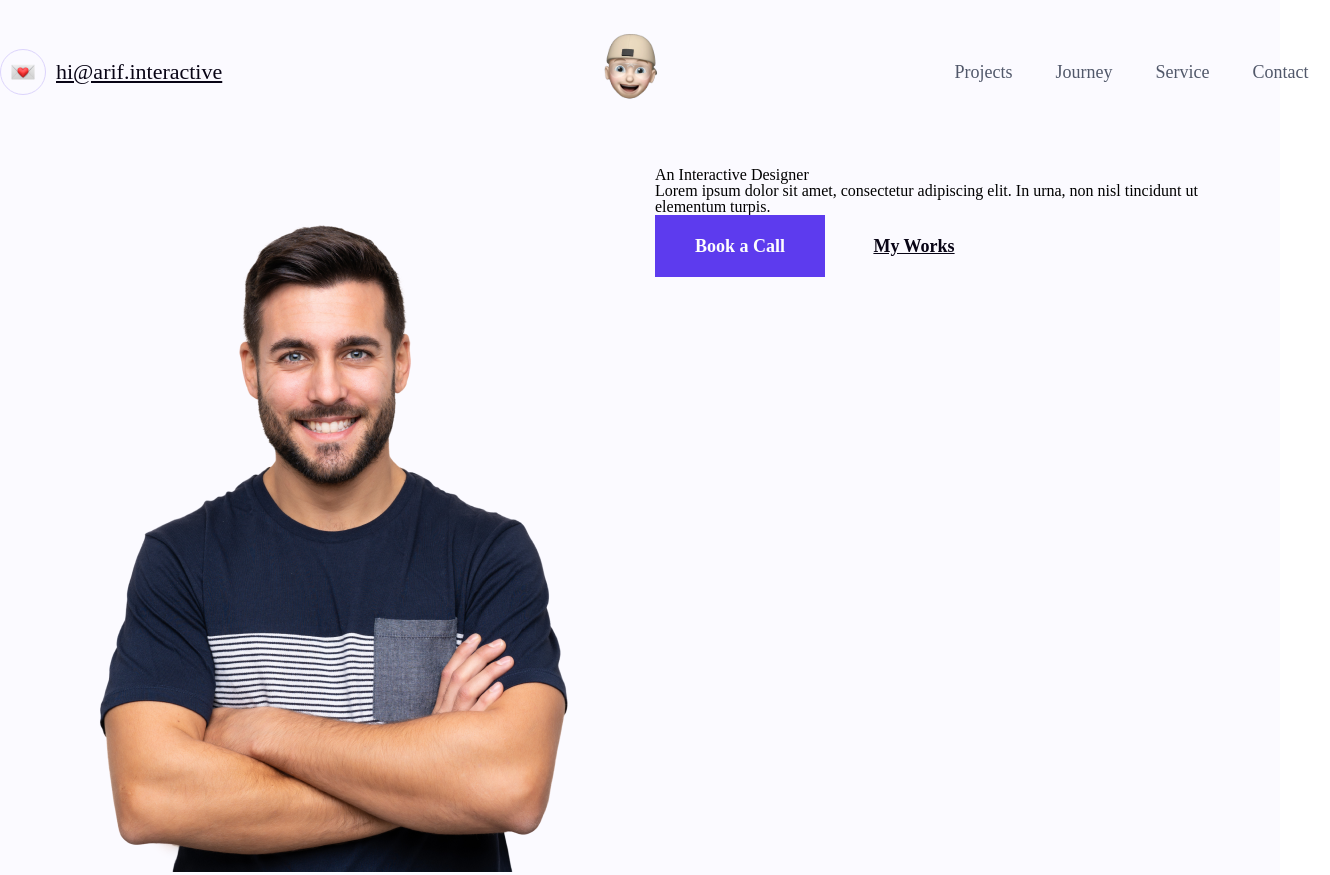
Repository: trantangtuan/project-06-grid-system12column-demo
Page: index.html
The author's editor kept a copy of each file at every save. The page is drawn from the files as they stood at one save, then again after the next save.
The browser window is 1280 px wide. The page is 1330 px wide, so the pictures cover 1330 px, including what lies to the right of the window. The pictures show the whole page.

Above is the page before, as saved 2024-07-12 21:05:40.

After the next save:
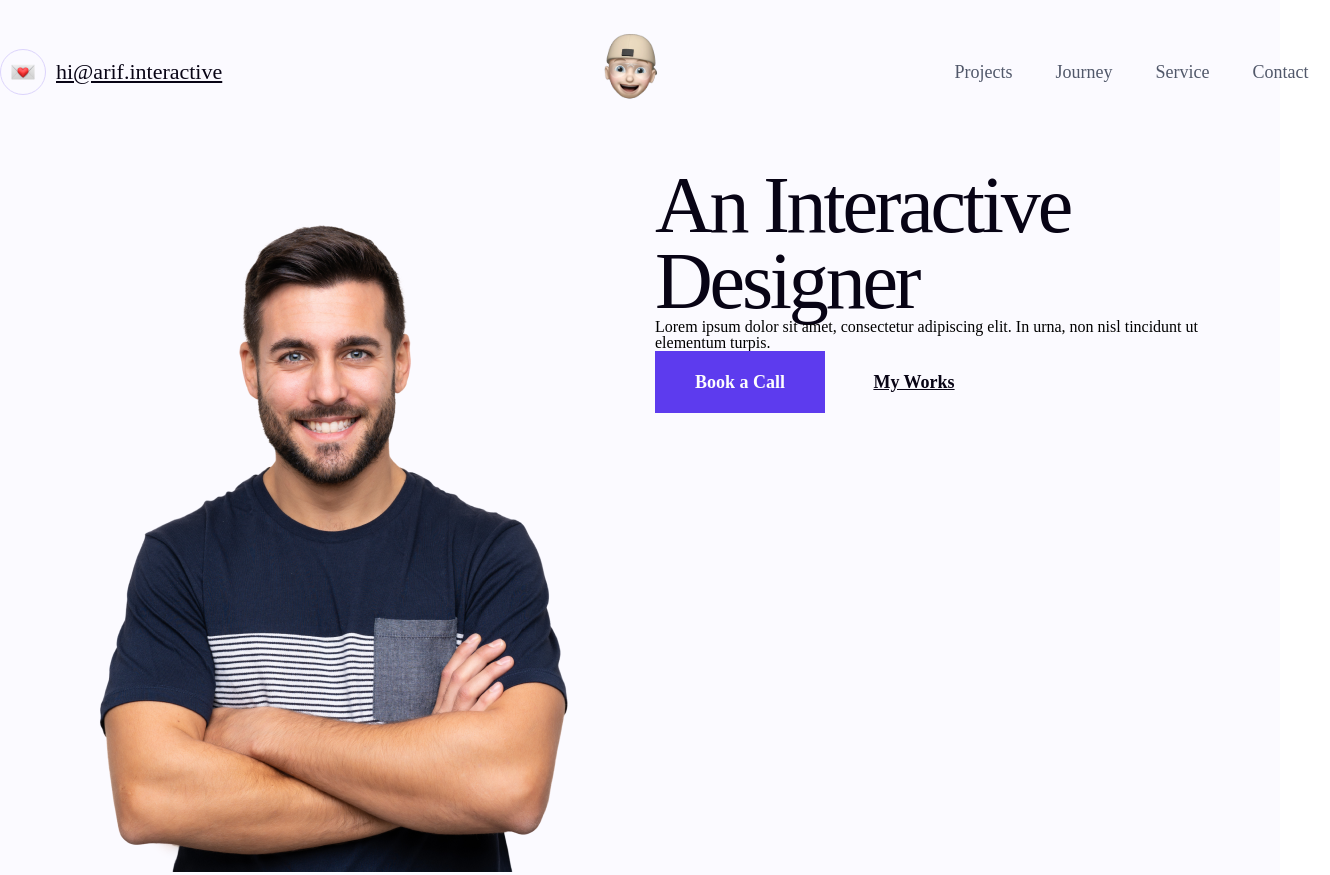
Saved 2 min 16 s later.
--- a/assets/css/style.css
+++ b/assets/css/style.css
@@ -117,6 +117,15 @@ a {
   width: 514px;
 }
 
+.hero__title {
+  color: #080415;
+  font-size: 8rem;
+  font-style: normal;
+  font-weight: 500;
+  line-height: 95%;
+  letter-spacing: -3.2px;
+}
+
 .btn__my-detail {
   background-color: transparent;
   color: #080415;
